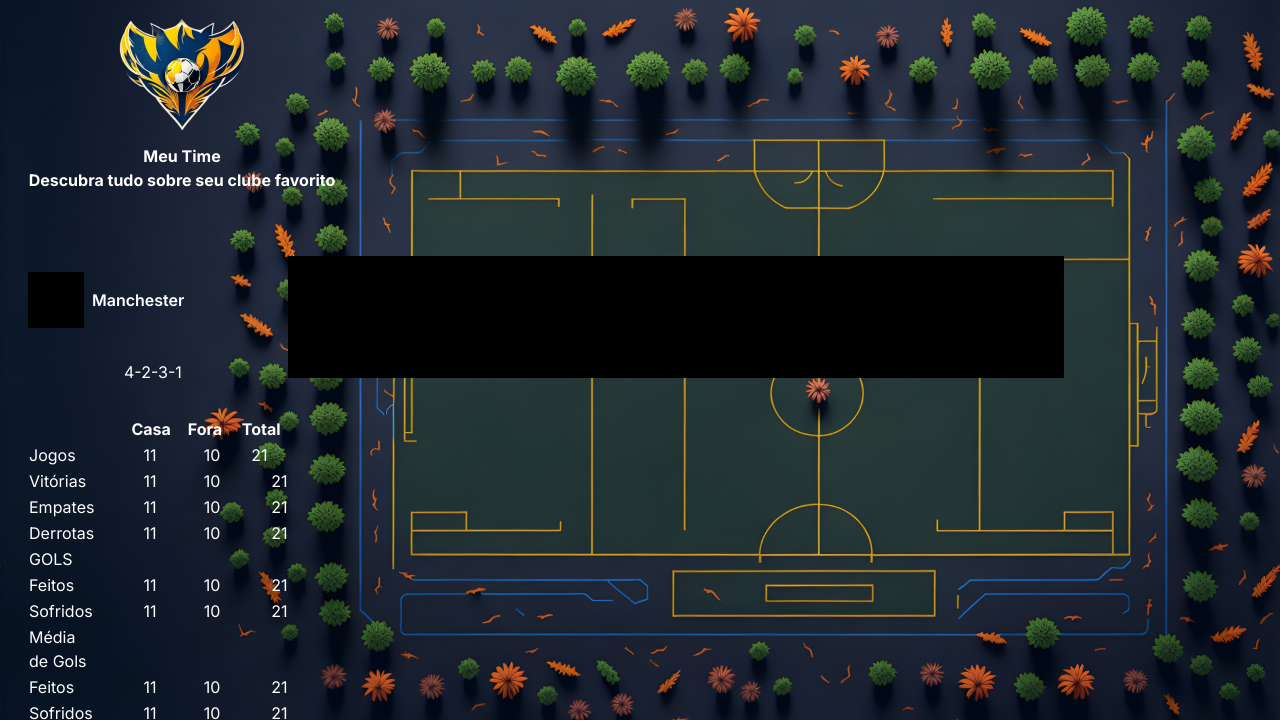
Repository: LuizAGDomingues/MeuTimeApp
Page: /statistics
These files come from the project's save history. The page is drawn as it stood at one moment and after a run of saves; the edit follows.
The browser window is 1280 px wide. The pictures show the whole page.
The project was rebuilt for these pictures with package versions that can differ from the ones it lists, and the page was loaded fresh each time. The framework's server and built-in components were replaced by stand-ins that run in the browser. Also part of the build but not shown: next.config.js.

Above is the page before, as saved 2023-05-26 14:21:48.

After the next 2 saves:
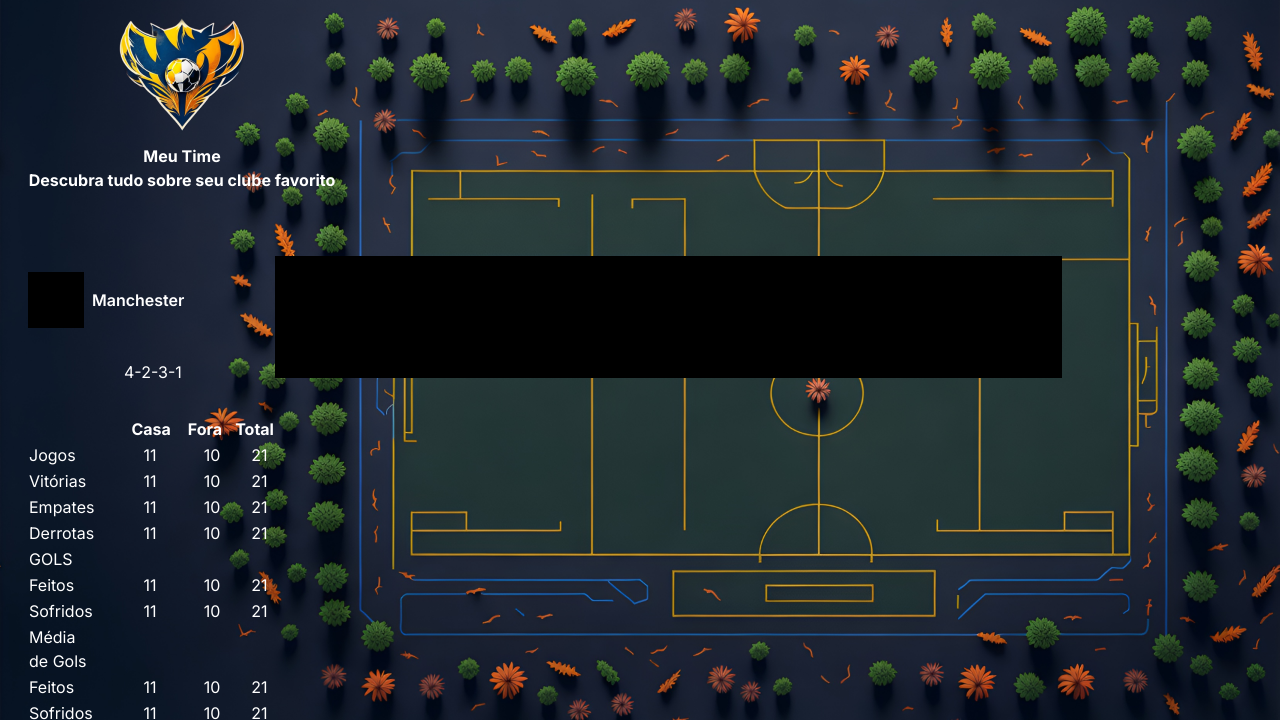
The 2 saves are shown as one change because they came seconds apart.
The last was saved 15 s later.
--- a/src/app/statistics/page.tsx
+++ b/src/app/statistics/page.tsx
@@ -80,19 +80,19 @@ function page() {
                 <td>Vitórias</td>
                 <td className="pl-12">11</td>
                 <td className="pl-8">10</td>
-                <td className="pl-12">21</td>
+                <td className="pl-7">21</td>
               </tr>
               <tr>
                 <td>Empates</td>
                 <td className="pl-12">11</td>
                 <td className="pl-8">10</td>
-                <td className="pl-12">21</td>
+                <td className="pl-7">21</td>
               </tr>
               <tr>
                 <td>Derrotas</td>
                 <td className="pl-12">11</td>
                 <td className="pl-8">10</td>
-                <td className="pl-12">21</td>
+                <td className="pl-7">21</td>
               </tr>
 
               <tr>
@@ -102,13 +102,13 @@ function page() {
                 <td>Feitos</td>
                 <td className="pl-12">11</td>
                 <td className="pl-8">10</td>
-                <td className="pl-12">21</td>
+                <td className="pl-7">21</td>
               </tr>
               <tr>
                 <td>Sofridos</td>
                 <td className="pl-12">11</td>
                 <td className="pl-8">10</td>
-                <td className="pl-12">21</td>
+                <td className="pl-7">21</td>
               </tr>
 
               <tr>
@@ -118,13 +118,13 @@ function page() {
                 <td>Feitos</td>
                 <td className="pl-12">11</td>
                 <td className="pl-8">10</td>
-                <td className="pl-12">21</td>
+                <td className="pl-7">21</td>
               </tr>
               <tr>
                 <td>Sofridos</td>
                 <td className="pl-12">11</td>
                 <td className="pl-8">10</td>
-                <td className="pl-12">21</td>
+                <td className="pl-7">21</td>
               </tr>
             </tbody>
           </table>
